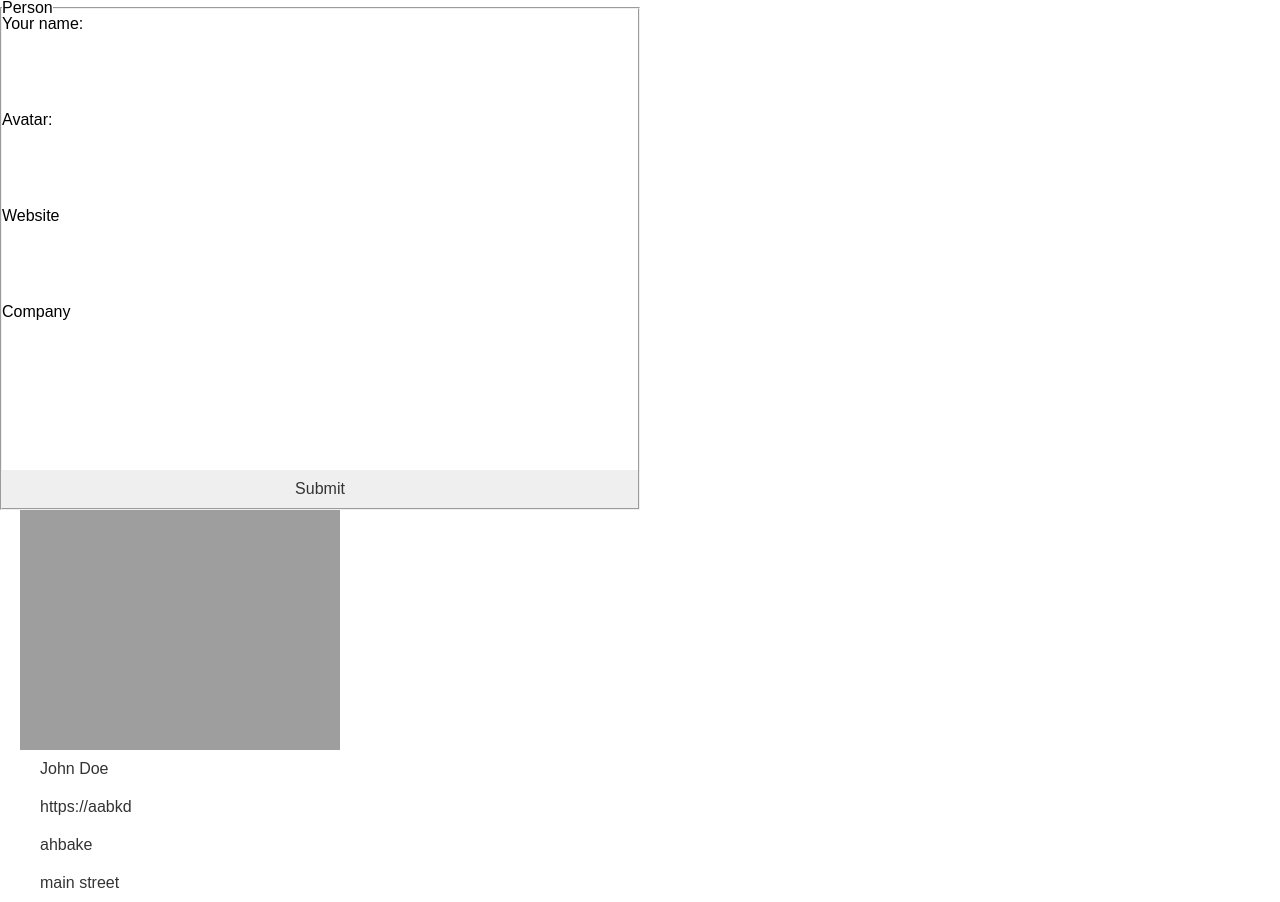
Repository: nttthao9/management
Page: index.html
The author's editor kept a copy of each file at every save. The page is drawn from the files as they stood at one save, then again after the next save.
The browser window is 1280 px wide. The pictures show the whole page.
Pictures or frames that could not be fetched are drawn as grey boxes.

Above is the page before, as saved 2021-10-13 09:28:51.

### index.html
<!DOCTYPE html>
<html lang="en">

<head>
  <meta charset="UTF-8">
  <meta http-equiv="X-UA-Compatible" content="IE=edge">
  <meta name="viewport" content="width=device-width, initial-scale=1.0">
  <title>Promise</title>
  <link rel="stylesheet" href="./.vscode/style.css">
</head>

<body>
  <form action="" id="form">
    <fieldset>
      <legend>Person</legend>
      <label for="name">Your name:</label>
      <input type="text" id="name" name="name"><br><br>
      <label for="avatar">Avatar:</label>
      <input type="text" id="avatar" name="avatar"><br><br>
      <label for="link-web">Website</label>
      <input type="link-web" id="link-web" name="link-web"><br><br>
      <label for="company">Company</label>
      <input type="text" id="company-name" name="company-name"><br><br>
      <input type="text" id="company-address" name="company-address"><br><br>
      <input type="submit" value="Submit">
    </fieldset>
    <div class="manage">
      <div class="manage-image">
        <img src="http://lorempixel.com/640/480/abstract/" alt="">
      </div>
      <input type="text" name="name" value="John Doe">
      <input type="text" name="name" value="https://aabkd">
      <input type="text" name="name" value="ahbake">
      <input type="text" name="name" value="main street">
    </div>
  </form>
  <script src="./main.js"></script>
</body>

</html>

### .vscode/style.css
html {
  box-sizing: border-box;
  font-size: 62.5%;
}
* {
  margin: 0;
  padding: 0;
}
*,
*:before,
*:after {
  box-sizing: border-box;
}
input,
textarea,
select,
button {
  outline: none;
}
input {
  line-height: normal;
}
label,
button {
  cursor: pointer;
}
a {
  text-decoration: none;
}
img {
  display: block;
  max-width: 100%;
}
body {
  font-family: 'Poppins', sans-serif;
  line-height: 1;
  font-size: 1.6rem;
}
.container {
  padding: 2rem;
  background-color: #eee;
  box-shadow: rgba(0, 0, 0, 0.16) 0px 1px 4px;
}
.btn {
  padding: 5px 1rem;
  border: 0;
  font-size: 1.3rem;
  font-family: 'Poppins', sans-serif;
  cursor: pointer;
  transition: all 0.25s linear;
  width: 10rem;
}
.btn:hover {
  color: #333;
}
.fill-infor {
  display: flex;
  justify-content: space-between;
}
.image {
  width: 50%;
}
img {
  width: 100%;
}
#form {
  width: 50%;
}
.form-title {
  font-size: 3rem;
  margin-bottom: 2rem;
}
.fill {
  margin-bottom: 2rem;
}
.fill-btn {
  display: flex;
  justify-content: space-between;
}
label,
input {
  display: block;
}
label {
  margin-bottom: 1rem;
}
input {
  width: 100%;
  padding: 1rem 2rem;
  border: 0;
  font-size: 1.6rem;
  font-family: 'Poppins', sans-serif;
  color: #333;
}
input::-webkit-input-placeholder {
  color: #ccc;
}
input::-moz-placeholder {
  color: #ccc;
}
input:-ms-input-placeholder {
  color: #ccc;
}
input::-ms-input-placeholder {
  color: #ccc;
}
input::placeholder {
  color: #ccc;
}
.btn-submit {
  width: 100%;
  font-size: 1.6rem;
  background-color: #3e6fd7;
  color: white;
}
.btn-cancel {
  font-size: 1.6rem;
  background-color: #ee4d2d;
  width: 100%;
  color: white;
}
.manage {
  width: 50%;
  margin-left: 2rem;
}
.infor-item {
  display: flex;
  /* justify-content: space-between; */
  align-items: center;
}
.infor-desc {
  margin: 0 2rem;
}
.infor-desc span {
  display: block;
  margin: 1rem 0;
}
.button {
  margin-left: auto;
}
.filled {
  font-size: 2.8rem;
  margin-bottom: 2rem;
}
.your-image {
  width: 20%;
  /* height: 5rem; */
}

.btn-update {
  background-color: #ffd839;
  margin-bottom: 1rem;
}
.btn-delete {
  background-color: #d62037;
}

Loaded but not shown: main.js (no stored copy; drawn as an empty file)

After the next save:
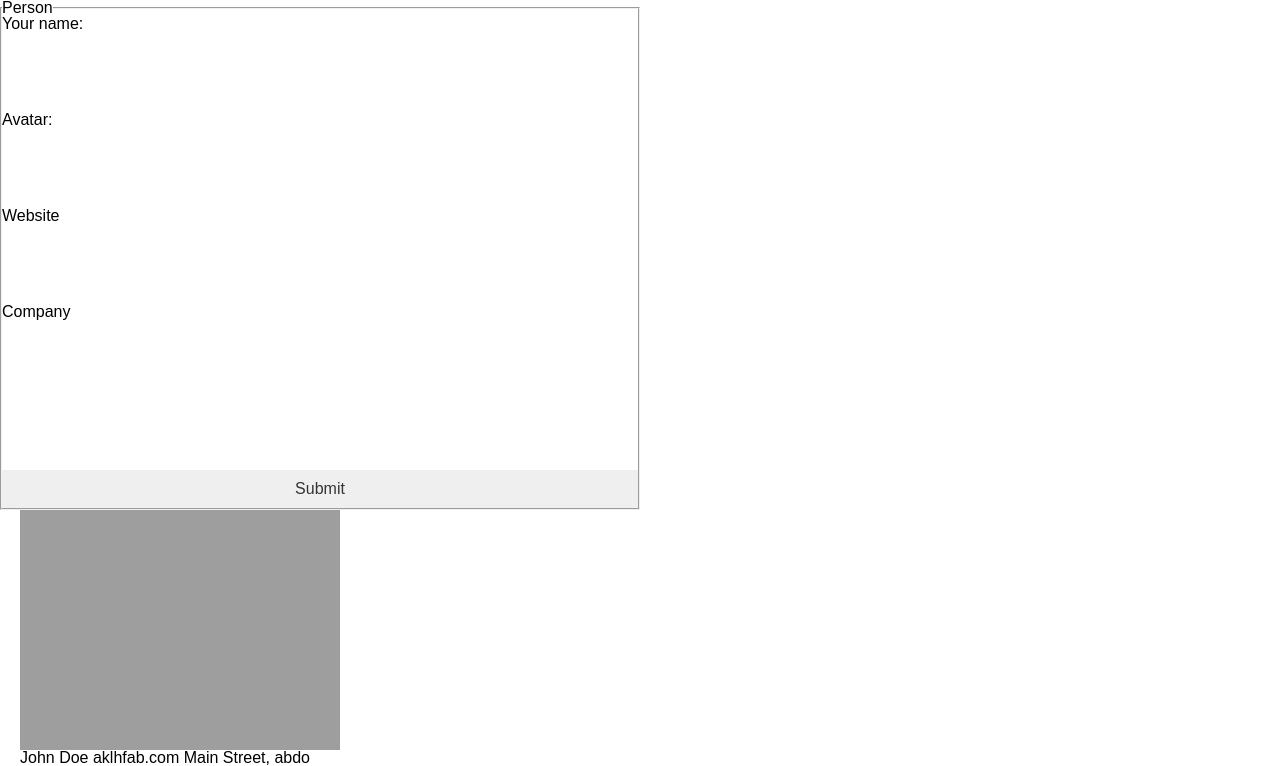
Saved 5 min 10 s later.
--- a/index.html
+++ b/index.html
@@ -28,10 +28,9 @@
       <div class="manage-image">
         <img src="http://lorempixel.com/640/480/abstract/" alt="">
       </div>
-      <input type="text" name="name" value="John Doe">
-      <input type="text" name="name" value="https://aabkd">
-      <input type="text" name="name" value="ahbake">
-      <input type="text" name="name" value="main street">
+      <span class="name">John Doe</span>
+      <span class="name">aklhfab.com</span>
+      <span class="name">Main Street, abdo</span>
     </div>
   </form>
   <script src="./main.js"></script>
